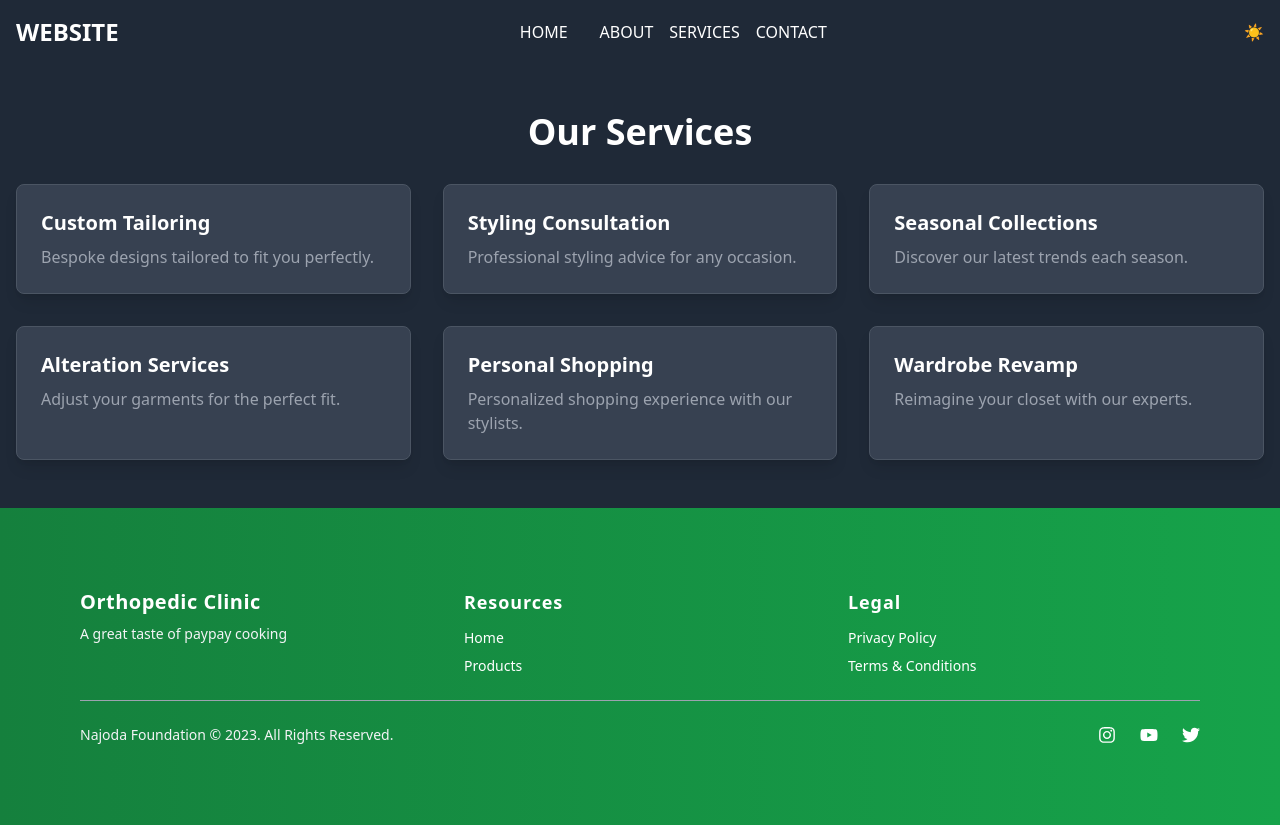
Repository: countaustin1990/file-C-Users-user-Documents-Final-20Cart
Page: /services (app in Documents/BXXXN/my-app/)
The author's editor kept a copy of each file at every save. The page is drawn from the files as they stood at one save, then again after the next save.
The browser window is 1280 px wide. The pictures show the whole page.
The project was rebuilt for these pictures with package versions that can differ from the ones it lists, and the page was loaded fresh each time. Also part of the build but not shown: Documents/BXXXN/my-app/vite.config.js, Documents/BXXXN/my-app/src/components/folder/HeroSection.test.jsx, Documents/BXXXN/my-app/src/components/horizontalscroll/style.css, Documents/BXXXN/my-app/src/components/horizontalscroll/HorizontalScroll.jsx, Documents/BXXXN/my-app/src/pages/home/Home.test.jsx, Documents/BXXXN/my-app/src/pages/contact/Contact.jsx, Documents/BXXXN/my-app/src/pages/about/About.jsx.

Above is the page before, as saved 2024-10-31 21:54:58.

### Documents/BXXXN/my-app/src/App.jsx
import { BrowserRouter as Router, Routes, Route } from 'react-router-dom';
import Navbar from './components/navbar/Navbar.pro';
import Home from './pages/home/Home.test';
import Footer from './components/footer/Footer';
import { useEffect, useState } from 'react';
import Contact from './pages/contact/Contact';
import About from './pages/about/About';
import Services from './pages/services/Services';

const App = () => {
  const [theme, setTheme] = useState('dark');

  // Toggle theme function
  const toggleTheme = () => {
    const newTheme = theme === 'light' ? 'dark' : 'light';
    setTheme(newTheme);
    localStorage.setItem('theme', newTheme);
  };

  useEffect(() => {
    const savedTheme = localStorage.getItem('theme');
    if (savedTheme) {
      setTheme(savedTheme);
    } else {
      setTheme('dark'); // Default to dark mode
    }
  }, []);

  return (
    <Router>
      <Navbar toggleTheme={toggleTheme} theme={theme} />
      <Routes>
        <Route path="/home" element={<Home theme={theme} />} /> {/* Pass theme prop to Home */}
        {/* Add more routes as needed */}
        <Route path="/about" element={<About theme={theme} />} />
        <Route path="/services" element={<Services theme={theme} />} />
        <Route path="/contact" element={<Contact theme={theme} />} />
      </Routes>
      <Footer />
    </Router>
  );
};

export default App;

### Documents/BXXXN/my-app/src/index.css
@tailwind base;
@tailwind components;
@tailwind utilities;

/* Global Styles */
.app {
  transition: background-color 0.3s ease-in-out;
}

/* Light and Dark Mode Styles */
.light-mode {
  background-color: #f0f0f0;
  color: #000;
}

.dark-mode {
  background-color: #1e1e1e;
  color: #fff;
}

/* Hero Section */
.hero {
  display: flex;
  justify-content: center;
  align-items: center;
  height: 70svh;
  text-align: center;
}

.hero-content h1 {
  font-size: 2.5rem;
  margin-bottom: 1rem;
}

.hero-content p {
  font-size: 1.2rem;
  margin-bottom: 1.5rem;
}

.cta-button {
  padding: 0.75rem 1.5rem;
  font-size: 1rem;
  background-color: rgb(22 163 74);

  color: white;
  border: none;
  cursor: pointer;
  border-radius: 5px;
}

.cta-button:hover {
  background-color: #22923c;
}

/* Toggle Switch Styles */
.switch {
  position: relative;
  display: inline-block;
  width: 60px;
  height: 34px;
  margin-top: 20px;
}

.switch input {
  opacity: 0;
  width: 0;
  height: 0;
}

.slider {
  position: absolute;
  cursor: pointer;
  top: 0;
  left: 0;
  right: 0;
  bottom: 0;
  background-color: #ccc;
  transition: 0.4s;
  border-radius: 34px;
}

.slider:before {
  position: absolute;
  content: "";
  height: 26px;
  width: 26px;
  border-radius: 50%;
  left: 4px;
  bottom: 4px;
  background-color: white;
  transition: 0.4s;
}

input:checked + .slider {
  background-color: #5494de;
}

input:checked + .slider:before {
  transform: translateX(26px);
}

/* Decoration (Additional Styling) */
.decoration {
  position: absolute;
  right: 10px;
  top: 5px;
  width: 8px;
  height: 8px;
  background-color: yellow;
  border-radius: 50%;
  box-shadow: 0 0 5px 2px yellow;
}

### Documents/BXXXN/my-app/src/components/navbar/Navbar.pro.jsx
import PropTypes from 'prop-types';
import { useState } from 'react';
import { Link } from 'react-router-dom';

const Navbar = ({ theme, toggleTheme }) => {
  const [isMenuOpen, setIsMenuOpen] = useState(false);

  const handleMenuToggle = () => {
    setIsMenuOpen(!isMenuOpen);
  };

  return (
    <nav className={`navbar ${theme === 'light' ? 'bg-white text-black' : 'bg-gray-800 text-white'} transition-colors duration-300`}>
      <div className="container mx-auto flex justify-between items-center p-4">
        {/* Website Name */}
        <h1 className="text-2xl font-bold uppercase">Website</h1>

        {/* Links for Desktop */}
        <ul className="hidden md:flex space-x-4 uppercase">
          <li><Link to="home" className="hover:underline">Home</Link></li>
          <li><Link to="about" className="hover:underline">About</Link></li>
          <li><Link to="services" className="hover:underline">Services</Link></li>
          <li><Link to="contact" className="hover:underline">Contact</Link></li>
        </ul>

        {/* Theme Toggle Button */}
        <button onClick={toggleTheme} className="ml-4 toggle-theme" aria-label={`Switch to ${theme === 'light' ? 'dark' : 'light'} mode`}>
          {theme === 'light' ? '🌙' : '☀️'}
        </button>

        {/* Mobile Menu Button */}
        <button
          onClick={handleMenuToggle}
          className="block md:hidden focus:outline-none ml-4"
          aria-label="Toggle menu"
        >
          {isMenuOpen ? '✖' : '☰'} {/* Menu icon changes when clicked */}
        </button>
      </div>

      {/* Links for Mobile */}
      {isMenuOpen && (
        <ul className={`md:hidden p-4 space-y-2 ${theme === 'light' ? 'bg-white text-black' : 'bg-gray-800 text-white'}`}>
          <li><Link to="home" className="block">Home</Link></li>
          <li><Link to="about" className="block">About</Link></li>
          <li><Link to="services" className="block">Services</Link></li>
          <li><Link to="contact" className="block">Contact</Link></li>
        </ul>
      )}
    </nav>
  );
};

Navbar.propTypes = {
  theme: PropTypes.string.isRequired,
  toggleTheme: PropTypes.func.isRequired,
};

export default Navbar;

### Documents/BXXXN/my-app/src/components/footer/Footer.jsx
import { Link } from "react-router-dom";
import { FaYoutube, FaTwitter, FaInstagram } from "react-icons/fa";



const Footer = () => {
  const scrollToTop = () => {
    window.scrollTo({
      top: 0,
      behavior: 'smooth', // Smooth scroll
    });
  };
  return (
    <footer className="bg-gradient-to-r from-green-700 to-green-600 text-white p-16">
      <div className="w-full max-w-full p-4">
        <div className="grid grid-cols-1 md:grid-cols-3 gap-8">
          <div>
            <Link to="/" className="flex items-center space-x-5"  onClick={scrollToTop}>
              {/* Add Logo if necessary */}
              <span className="text-xl font-bold capitalize tracking-wide">
                Orthopedic Clinic
              </span>
            </Link>
            <p className="mt-2 text-sm text-gray-100">
              A great taste of paypay cooking
            </p>
          </div>

          <div>
            <h2 className="mb-3 text-lg font-semibold tracking-wider">
              Resources
            </h2>
            <ul className="space-y-2 text-sm">
              <li>
                <Link to="/" className="hover:text-gray-100 transition duration-300"  onClick={scrollToTop}>Home</Link>
              </li>
              <li>
                <Link to="/products" className="hover:text-gray-100 transition duration-300"  onClick={scrollToTop}>Products</Link>
              </li>
              {/*<li>
                <Link to="/services" className="hover:text-gray-100 transition duration-300">Services</Link>
              </li>
              <li>
                <Link to="/contact" className="hover:text-gray-100 transition duration-300">Contact</Link>
              </li>
              <li>
                <Link to="/blog" className="hover:text-gray-100 transition duration-300">Blog</Link>
              </li>*/}
            </ul>
          </div>

          <div>
            <h2 className="mb-3 text-lg font-semibold tracking-wider">
              Legal
            </h2>
            <ul className="space-y-2 text-sm">
              <li>
                <Link to="/privacy-policy" className="hover:text-gray-100 transition duration-300">Privacy Policy</Link>
              </li>
              <li>
                <Link to="/terms-conditions" className="hover:text-gray-100 transition duration-300">Terms & Conditions</Link>
              </li>
            </ul>
          </div>
        </div>

        <hr className="my-6 border-gray-400" />

        <div className="flex justify-between items-center">
          <span className="text-sm text-gray-100">
            Najoda Foundation © 2023. All Rights Reserved.
          </span>
          <div className="flex space-x-6">
            <a
              href="https://instagram.com"
              className="hover:text-white transition duration-300"
              target="_blank"
              rel="noopener noreferrer"
            >
              <FaInstagram size={18} />
              <span className="sr-only">Instagram</span>
            </a>
            <a
              href="https://youtube.com"
              className="hover:text-white transition duration-300"
              target="_blank"
              rel="noopener noreferrer"
            >
              <FaYoutube size={18} />
              <span className="sr-only">YouTube</span>
            </a>
            <a
              href="https://twitter.com"
              className="hover:text-white transition duration-300"
              target="_blank"
              rel="noopener noreferrer"
            >
              <FaTwitter size={18} />
              <span className="sr-only">Twitter</span>
            </a>
          </div>
        </div>
      </div>
    </footer>
  );
};

export default Footer;

### Documents/BXXXN/my-app/src/pages/services/Services.jsx
import PropTypes from 'prop-types';

const Services = ({ theme }) => {
  const services = [
    { title: "Custom Tailoring", description: "Bespoke designs tailored to fit you perfectly." },
    { title: "Styling Consultation", description: "Professional styling advice for any occasion." },
    { title: "Seasonal Collections", description: "Discover our latest trends each season." },
    { title: "Alteration Services", description: "Adjust your garments for the perfect fit." },
    { title: "Personal Shopping", description: "Personalized shopping experience with our stylists." },
    { title: "Wardrobe Revamp", description: "Reimagine your closet with our experts." },
  ];

  return (
    <div className={`container-fluid py-12 px-4 ${theme === 'light' ? 'bg-white text-gray-800' : 'bg-gray-800 text-white'}`}>
      <h1 className="text-4xl font-bold text-center mb-8">Our Services</h1>
      <div className="grid grid-cols-1 md:grid-cols-2 lg:grid-cols-3 gap-8">
        {services.map((service, index) => (
          <div
            key={index}
            className={`p-6 shadow-lg rounded-lg transition-transform transform hover:scale-105 ${theme === 'light' ? 'bg-white border border-gray-300' : 'bg-gray-700 border border-gray-600'}`}
          >
            <h2 className="text-xl font-semibold mb-2">{service.title}</h2>
            <p className="text-gray-400">{service.description}</p>
          </div>
        ))}
      </div>
    </div>
  );
};

// PropTypes validation
Services.propTypes = {
  theme: PropTypes.string.isRequired,
};

export default Services;

### Documents/BXXXN/my-app/src/components/folder/style.css
/* style.css */
.app.dark-mode {
  background-color: #1a1a2e;
  color: #fff;
}

.app.light-mode {
  background-color: #f4f4f9;
  color: #333;
}

.hero-content h1 {
  font-size: 3rem;
}

.cta-button {
  padding: 0.5rem 2rem;
  background-color: #15983e;
  color: white;
  border: none;
  border-radius: 0.25rem;
  cursor: pointer;
}

.cta-button:hover {
  background-color: #157b3c;
}

/* Dark/Light Mode Toggle Styles */
.switch {
  position: relative;
  display: inline-block;
  width: 60px;
  height: 34px;
}

.switch input {
  opacity: 0;
  width: 0;
  height: 0;
}

.slider {
  position: absolute;
  top: 0;
  left: 0;
  right: 0;
  bottom: 0;
  background-color: #ccc;
  border-radius: 34px;
}

.slider:before {
  position: absolute;
  content: "";
  height: 26px;
  width: 26px;
  left: 4px;
  bottom: 4px;
  background-color: white;
  border-radius: 50%;
  transition: 0.4s;
}

input:checked + .slider {
  background-color: #2196F3;
}

input:checked + .slider:before {
  transform: translateX(26px);
}

/* Additional Styles */
.flex {
  display: flex;
}

.space-x-4 > *:not(:last-child) {
  margin-right: 1rem;
}

Loaded but not shown: Documents/BXXXN/my-app/index.html (common file); Documents/BXXXN/my-app/src/main.jsx (common file); Documents/BXXXN/my-app/tailwind.config.js (common file)

After the next save:
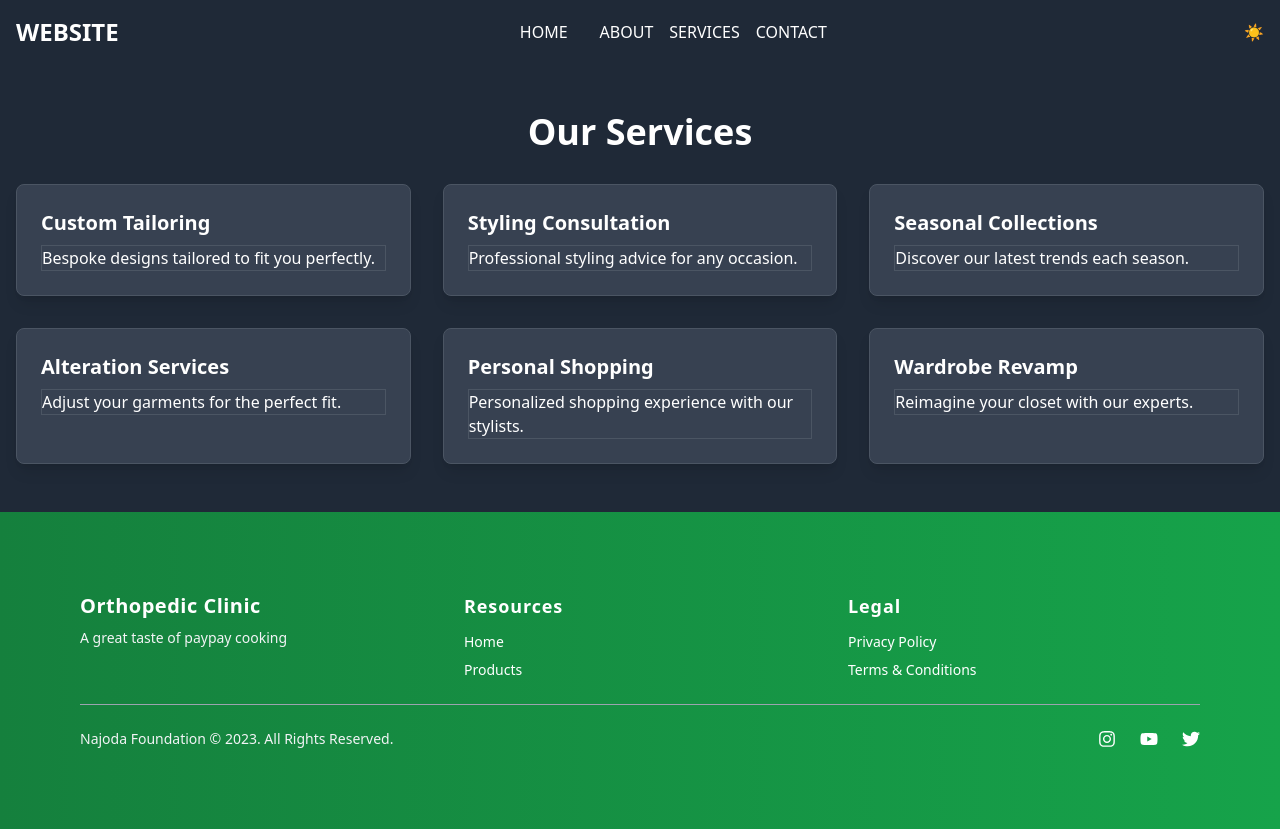
Saved 92 s later.
--- a/Documents/BXXXN/my-app/src/pages/services/Services.jsx
+++ b/Documents/BXXXN/my-app/src/pages/services/Services.jsx
@@ -20,7 +20,7 @@ const Services = ({ theme }) => {
             className={`p-6 shadow-lg rounded-lg transition-transform transform hover:scale-105 ${theme === 'light' ? 'bg-white border border-gray-300' : 'bg-gray-700 border border-gray-600'}`}
           >
             <h2 className="text-xl font-semibold mb-2">{service.title}</h2>
-            <p className="text-gray-400">{service.description}</p>
+            <p className={`${theme === 'light' ? 'bg-white border border-gray-300' : 'bg-gray-700 border border-gray-600'}`}>{service.description}</p>
           </div>
         ))}
       </div>
